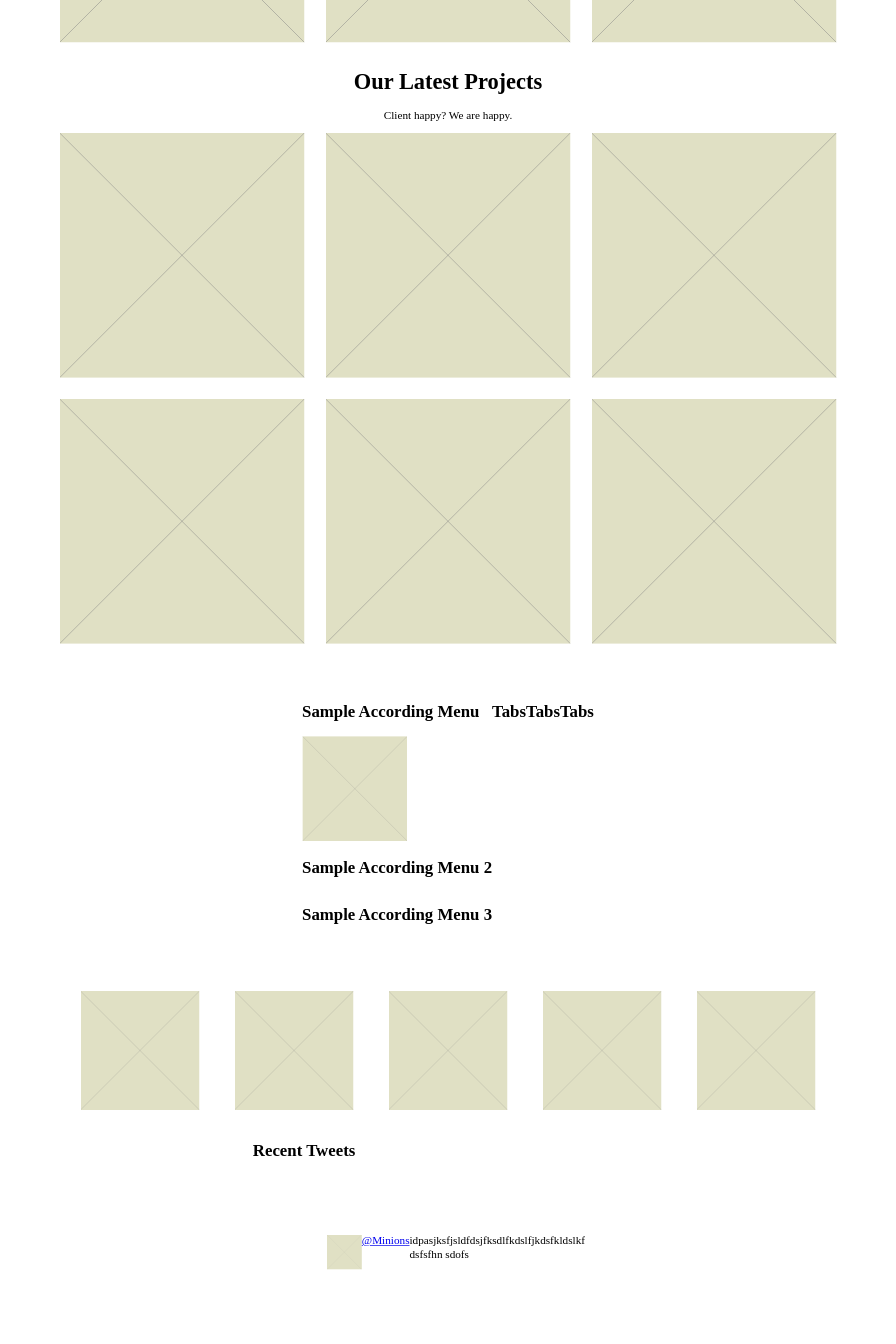
Repository: ReallyNguyen/responsive-web
Page: index.html
These files come from the project's save history. The page is drawn as it stood at one moment and after the next save; the edit follows.
The browser window is 1280 px wide. The pictures show the part of the page from y = 854 to 2774 px (the page is 2774 px tall before and 2674 px after), at 70% of full size.

Above is the page before, as saved 2023-01-25 21:37:14.

### index.html
<!doctype html>
<html class="no-js" lang="">

<head>
  <meta charset="utf-8">
  <title></title>
  <meta name="description" content="">
  <meta name="viewport" content="width=device-width, initial-scale=1">

  <meta property="og:title" content="">
  <meta property="og:type" content="">
  <meta property="og:url" content="">
  <meta property="og:image" content="">

  <link rel="manifest" href="site.webmanifest">
  <link rel="apple-touch-icon" href="icon.png">
  <!-- Place favicon.ico in the root directory -->

  <link rel="stylesheet" href="css/normalize.css">
  <link rel="stylesheet" href="css/main.css">

  <meta name="theme-color" content="#fafafa">
</head>

<body>
  <header>
    <div class="nav-bar">
      <h1 class="company-name" >Metrolics</h1>
      <img class="logo" src="placeholder.svg" alt="company logo" width="50" height="50">
      <img class="accordian" src="placeholder.svg" alt="accordian here" width="50" height="50">

    </div>

    <div class="introduction">
      <h1> Hey guys! This is the Metrolics theme. It sports a responsive layout with a mobile layout.</h1>
    </div>


  </header>



  <article>

    <div class="Title">
      <h1>
        Things we do
      </h1>
      <p>
        ask what we do
      </p>
    </div>

    <main>

      <div class="Contents">
        <div class="Content">
          <img src="placeholder.svg" alt="" width="50" height="50">
          <div class="Description">
            <h4 class="topic">
              Web Solution
            </h4>
            <p> ajisdjsad</p>
          </div>
        </div>

        <div class="Content">
          <img src="placeholder.svg" alt="" width="50" height="50">
          <div class="Description">
            <h4 class="topic">
              Photography
            </h4>
            <p> ajisdjsad</p>
          </div>
        </div>

        <div class="Content">
          <img src="placeholder.svg" alt="" width="50" height="50">
          <div class="Description">
            <h4 class="topic">
              Web Development
            </h4>
            <p> ajisdjsad</p>
          </div>
        </div>

        <div class="Content">
          <img src="placeholder.svg" alt="" width="50" height="50">
          <div class="Description">
            <h4 class="topic">
              Web Design
            </h4>
            <p> ajisdjsad</p>
          </div>
        </div>



      </div>

      <div class="whats_up_lately">

        <div class="Title">
          <h1>
            What's up lately?
          </h1>
          <p>
            Read up on our latest work
          </p>
        </div>

        <div class="Boxes">
          <img class="Sample" src="placeholder.svg" alt="" width="360" height="360">
          <img class="Sample" src="placeholder.svg" alt="" width="360" height="360">
          <img class="Sample" src="placeholder.svg" alt="" width="360" height="360">
        </div>
      </div>

      <div class="our_latest_projects">

        <div class="Title">
          <h1>
            Our Latest Projects
          </h1>
          <p>
            Client happy? We are happy.
          </p>
        </div>

        <div class="Boxes">
          <img class="Sample" src="placeholder.svg" alt="">
          <img class="Sample" src="placeholder.svg" alt="">
          <img class="Sample" src="placeholder.svg" alt="">
          <img class="Sample" src="placeholder.svg" alt="">
          <img class="Sample" src="placeholder.svg" alt="">
          <img class="Sample" src="placeholder.svg" alt="">
        </div>
      </div>

      <div class="Bottom">
        <div class="Menu">
          <div class="Menu1">
            <h2>Sample According Menu</h2>
            <div class="Desc-Menu1"></div>
            <img src="placeholder.svg" alt="" width="150" height="150">
          </div>
          <h2>Sample According Menu 2</h2>
          <h2>Sample According Menu 3</h2>
        </div>
        <div class="Tabs">
          <h2>Tabs</h2>
          <h2>Tabs</h2>
          <h2>Tabs</h2>
        </div>
      </div>

      <div class="Companies">
        <img class="Companies-Logo" src="placeholder.svg" alt="">
        <img class="Companies-Logo" src="placeholder.svg" alt="">
        <img class="Companies-Logo" src="placeholder.svg" alt="">
        <img class="Companies-Logo" src="placeholder.svg" alt="">
        <img class="Companies-Logo" src="placeholder.svg" alt="">
      </div>

      <div class="recent-tweets">
        <h2> Recent Tweets </h2>
        <div class="social-box">
          <img src="placeholder.svg" alt="" width="50" height="50">
          <a href="url"> @Minions </a>
          <p> idpasjksfjsldfdsjfksdlfkdslfjkdsfkldslkf dsfsfhn sdofs </p>
        </div>
      </div>

    </main>



  </article>
</body>

</html>

### css/main.css
.nav-bar {
  display: flex;
  flex-direction: row;
  justify-content: center;
  margin: 50px;
}

.introduction {
  display: flex;
  justify-content: center;
}

.social-box {
  display: flex;
  flex-direction: row;
  padding: 10%;
  margin: 50px;
}

article>div {
  margin: 15px;
}

.Title {
  display: flex;
  flex-direction: column;
  text-align: center;
  margin-top: 0;
}

main {
  display: flex;
  flex-direction: column;
  align-items: center;
}


.topic {
  margin: 0;
}

p {
  margin: 0px;
}

.Contents {
  display: flex;
  flex-direction: row;
}

.Content {
  display: flex;
  flex-direction: row;
  margin: 15px;
}

.Boxes {
  display: flex;
  display: flex;
  flex-wrap: wrap;
  justify-content: center;
}

.Sample {
  margin: 15px;
  width: 350px;
  height: 350px;
}

.Bottom {
  display: flex;
  flex-direction: row;
  margin: 50px;
}

.Menu {
  display: flex;
  flex-direction: column;
}

.Tabs {
  display: flex;
  flex-direction: row;
}

.Companies {
  display: flex;
  flex-direction: row;
}

.Companies-Logo {
  width: 170px;
  height: 170px;
  margin: 25px;
}

/* Small only */
@media screen and (max-width: 39.9375em) {
  header {
    display: flex;
    flex-direction: column;
    text-align: center;
    margin: 15px;
    font-size: 10px;
  }
}

/* Medium and up */
@media screen and (min-width: 40em) {
  h1 br {
    display: none;
  }

}

/* Medium only */
@media screen and (min-width: 40em) and (max-width: 63.9375em) {}

/* Large and up */
@media screen and (min-width: 64em) {}

/* Large only */
@media screen and (min-width: 64em) and (max-width: 74.9375em) {}

Loaded but not shown: css/normalize.css (library)

After the next save:
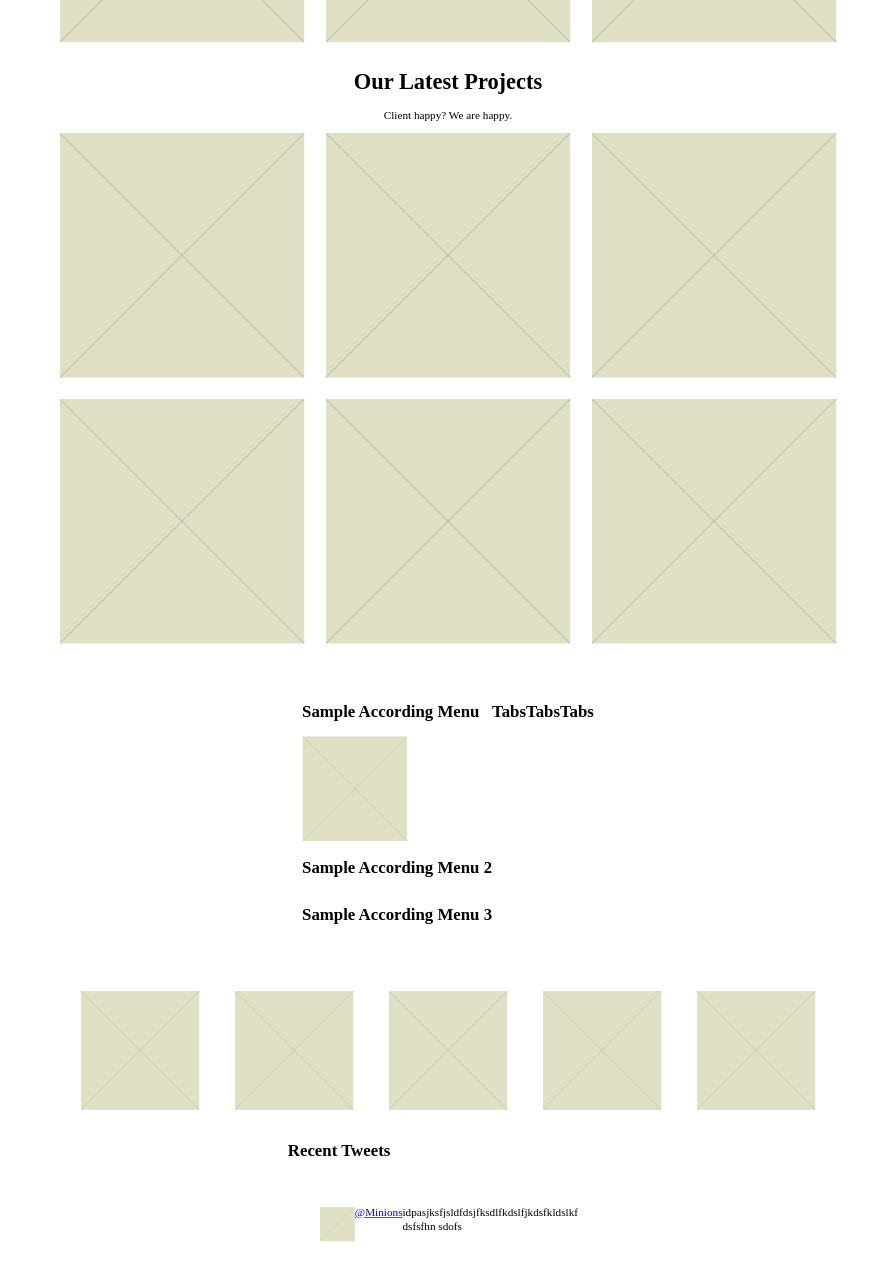
Saved 5 s later.
--- a/css/main.css
+++ b/css/main.css
@@ -14,7 +14,7 @@
   display: flex;
   flex-direction: row;
   padding: 10%;
-  margin: 50px;
+
 }
 
 article>div {
